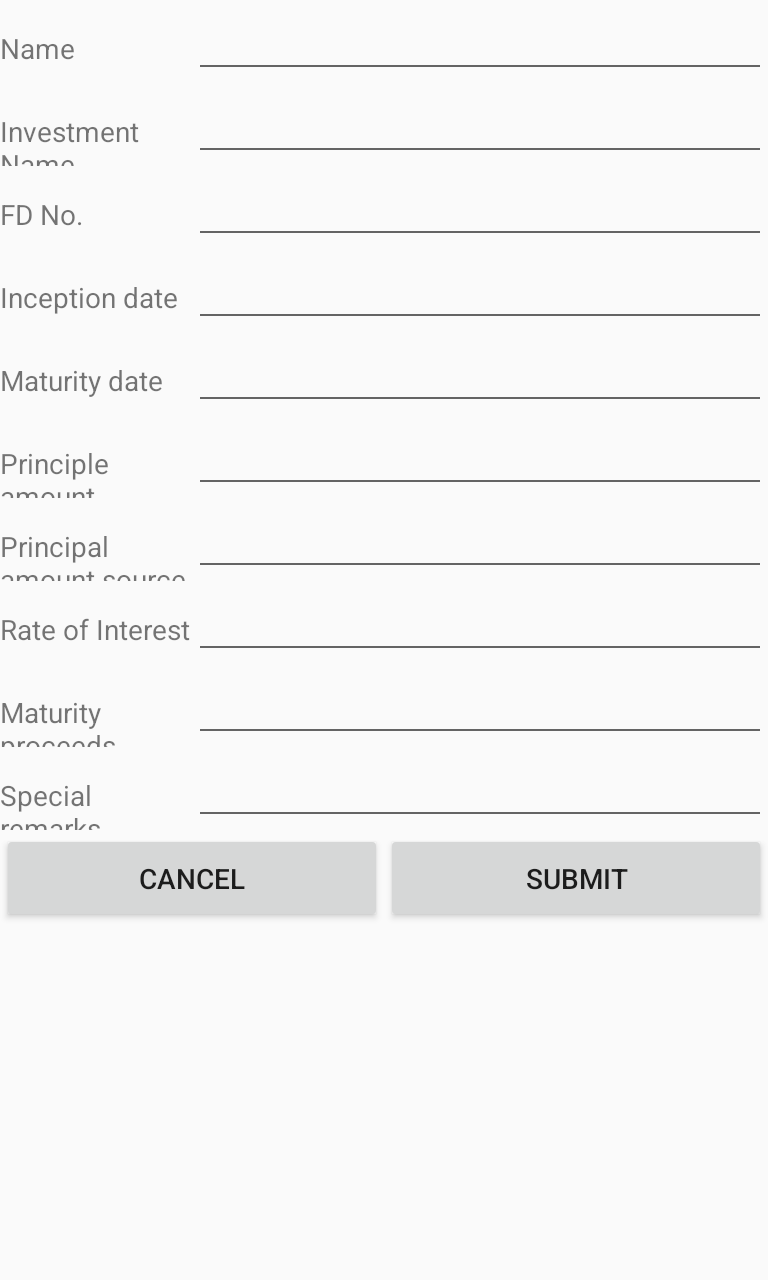
Repository: apoorvelec/AndroidApps
Layout: Investofolio/res/layout/activity_add_investment.xml
The author's editor kept a copy of each file at every save. The layout is drawn from the files as they stood at one save, then again after the next save.
It is drawn on a 768 x 1280 px phone screen (xhdpi) without system bars, with theme AppTheme; the app's code is not run.

Above is the layout before, as saved 2017-01-06 06:27:09.

After the next save:
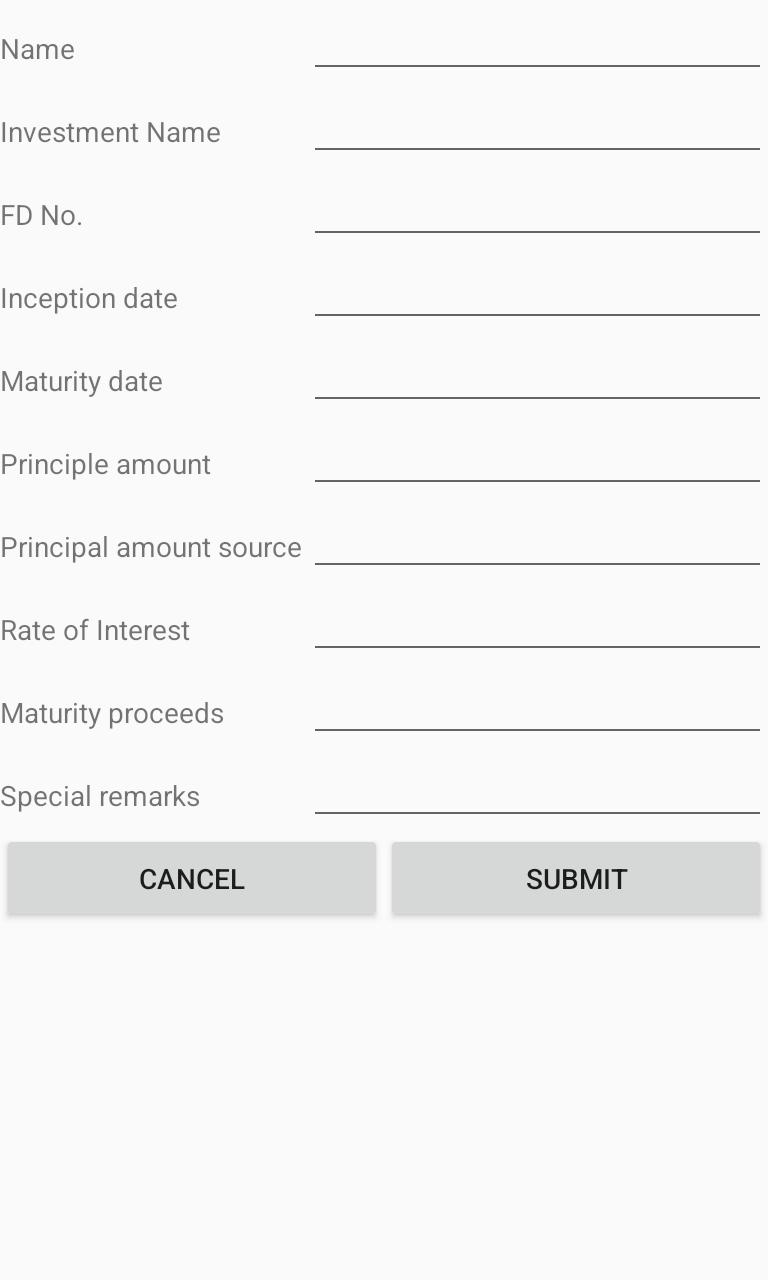
Saved 2 min 0 s later.
--- a/Investofolio/res/layout/activity_add_investment.xml
+++ b/Investofolio/res/layout/activity_add_investment.xml
@@ -15,14 +15,14 @@
         <TextView
             android:layout_width="0dp"
             android:layout_height="20dp"
-            android:layout_weight="0.25"
+            android:layout_weight="0.4"
             android:text="Name" />
 
         <EditText
             android:id="@+id/policy_holder_name"
             android:layout_width="0dp"
             android:layout_height="wrap_content"
-            android:layout_weight="0.75"
+            android:layout_weight="0.6"
             android:ems="10" />
     </LinearLayout>
 
@@ -35,14 +35,14 @@
         <TextView
             android:layout_width="0dp"
             android:layout_height="40dp"
-            android:layout_weight="0.25"
+            android:layout_weight="0.4"
             android:text="Investment Name" />
 
         <EditText
             android:id="@+id/investment_name"
             android:layout_width="0dp"
             android:layout_height="wrap_content"
-            android:layout_weight="0.75"
+            android:layout_weight="0.6"
             android:ems="10" />
     </LinearLayout>
 
@@ -55,14 +55,14 @@
         <TextView
             android:layout_width="0dp"
             android:layout_height="wrap_content"
-            android:layout_weight="0.25"
+            android:layout_weight="0.4"
             android:text="FD No." />
 
         <EditText
             android:id="@+id/fixed_deposit_number"
             android:layout_width="0dp"
             android:layout_height="wrap_content"
-            android:layout_weight="0.75"
+            android:layout_weight="0.6"
             android:ems="10" />
     </LinearLayout>
 
@@ -75,14 +75,14 @@
         <TextView
             android:layout_width="0dp"
             android:layout_height="wrap_content"
-            android:layout_weight="0.25"
+            android:layout_weight="0.4"
             android:text="Inception date" />
 
         <EditText
             android:id="@+id/inception_date"
             android:layout_width="0dp"
             android:layout_height="wrap_content"
-            android:layout_weight="0.75"
+            android:layout_weight="0.6"
             android:ems="10" />
     </LinearLayout>
 
@@ -95,14 +95,14 @@
         <TextView
             android:layout_width="0dp"
             android:layout_height="wrap_content"
-            android:layout_weight="0.25"
+            android:layout_weight="0.4"
             android:text="Maturity date" />
 
         <EditText
             android:id="@+id/maturity_date"
             android:layout_width="0dp"
             android:layout_height="wrap_content"
-            android:layout_weight="0.75"
+            android:layout_weight="0.6"
             android:ems="10" />
     </LinearLayout>
 
@@ -115,14 +115,14 @@
         <TextView
             android:layout_width="0dp"
             android:layout_height="wrap_content"
-            android:layout_weight="0.25"
+            android:layout_weight="0.4"
             android:text="Principle amount" />
 
         <EditText
             android:id="@+id/principal_amount"
             android:layout_width="0dp"
             android:layout_height="wrap_content"
-            android:layout_weight="0.75"
+            android:layout_weight="0.6"
             android:ems="10" />
     </LinearLayout>
 
@@ -135,14 +135,14 @@
         <TextView
             android:layout_width="0dp"
             android:layout_height="wrap_content"
-            android:layout_weight="0.25"
+            android:layout_weight="0.4"
             android:text="Principal amount source" />
 
         <EditText
             android:id="@+id/principal_amount_source"
             android:layout_width="0dp"
             android:layout_height="wrap_content"
-            android:layout_weight="0.75"
+            android:layout_weight="0.6"
             android:ems="10" />
     </LinearLayout>
 
@@ -155,14 +155,14 @@
         <TextView
             android:layout_width="0dp"
             android:layout_height="wrap_content"
-            android:layout_weight="0.25"
+            android:layout_weight="0.4"
             android:text="Rate of Interest" />
 
         <EditText
             android:id="@+id/interest_rate"
             android:layout_width="0dp"
             android:layout_height="wrap_content"
-            android:layout_weight="0.75"
+            android:layout_weight="0.6"
             android:ems="10" />
     </LinearLayout>
 
@@ -175,14 +175,14 @@
         <TextView
             android:layout_width="0dp"
             android:layout_height="wrap_content"
-            android:layout_weight="0.25"
+            android:layout_weight="0.4"
             android:text="Maturity proceeds" />
 
         <EditText
             android:id="@+id/maturity_proceeds"
             android:layout_width="0dp"
             android:layout_height="wrap_content"
-            android:layout_weight="0.75"
+            android:layout_weight="0.6"
             android:ems="10" />
     </LinearLayout>
 
@@ -195,14 +195,14 @@
         <TextView
             android:layout_width="0dp"
             android:layout_height="wrap_content"
-            android:layout_weight="0.25"
+            android:layout_weight="0.4"
             android:text="Special remarks" />
 
         <EditText
             android:id="@+id/special_remarks"
             android:layout_width="0dp"
             android:layout_height="wrap_content"
-            android:layout_weight="0.75"
+            android:layout_weight="0.6"
             android:ems="10" />
     </LinearLayout>
 
